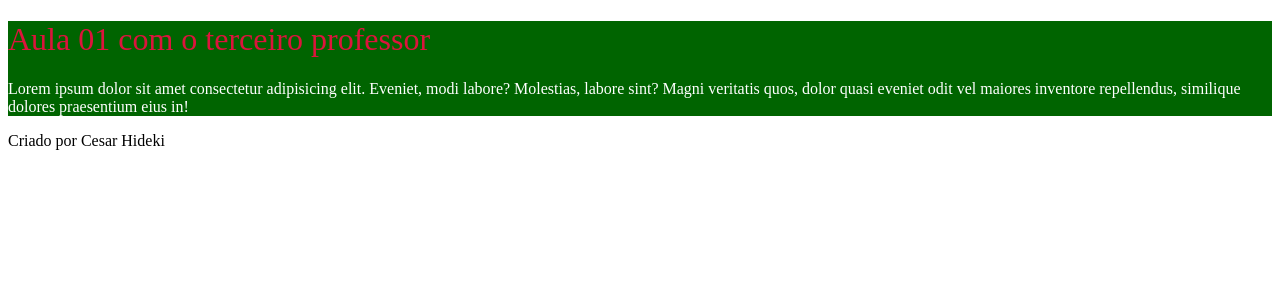
Repository: geracao-11/aula-01-pt2
Page: index.html
The author's editor kept a copy of each file at every save. The page is drawn from the files as they stood at one save, then again after the next save.
The browser window is 1280 px wide. The pictures show the whole page.

Above is the page before, as saved 2025-04-09 10:19:36.

### index.html
<!DOCTYPE html>
<html lang="en">
  <head>
    <meta charset="UTF-8" />
    <meta name="viewport" content="width=device-width, initial-scale=1.0" />
    <title>AULA 01</title>
    <link rel="stylesheet" href="style.css" />
  </head>
  <body>
    <header></header>
    <main>
      <h1>Aula 01 com o terceiro professor</h1>
      <div>
        <p>Lorem ipsum dolor sit amet consectetur adipisicing elit. Eveniet, modi labore? Molestias, labore sint? Magni veritatis quos, dolor quasi eveniet odit vel maiores inventore repellendus, similique dolores praesentium eius in!</p>
      </div>
    </main>
    <footer>Criado por Cesar Hideki</footer>
  </body>
</html>

### style.css
h1 {
    font-size: xx-large;
    font-weight: lighter;
    color: crimson;
}

main {
    background-color: darkgreen;
    color: white;
}

After the next save:
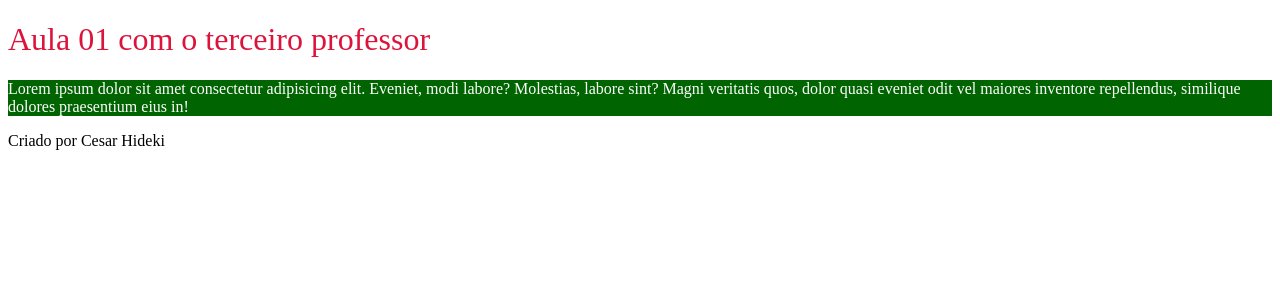
Saved 5 s later.
--- a/style.css
+++ b/style.css
@@ -4,7 +4,7 @@ h1 {
     color: crimson;
 }
 
-main {
+div {
     background-color: darkgreen;
     color: white;
 }
